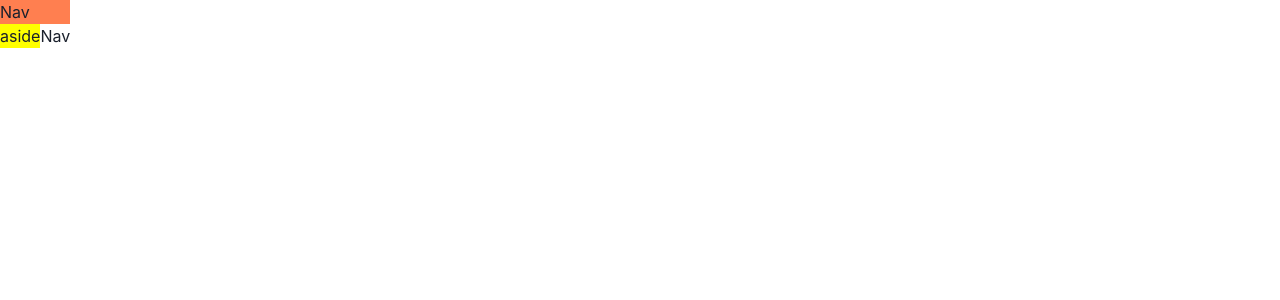
Repository: heyCaroline/game-hub
Page: /
The author's editor kept a copy of each file at every save. The page is drawn from the files as they stood at one save, then again after the next save.
The browser window is 1280 px wide. The pictures show the whole page.
The project was rebuilt for these pictures with package versions that can differ from the ones it lists, and the page was loaded fresh each time. Also part of the build but not shown: vite.config.ts.

Above is the page before, as saved 2025-05-16 17:07:42.

### src/main.tsx
import { StrictMode } from "react";
import { createRoot } from "react-dom/client";
import "./index.css";
import { ChakraProvider } from "@chakra-ui/react";
import App from "./App.tsx";

createRoot(document.getElementById("root")!).render(
  <StrictMode>
    <ChakraProvider>
      <App />
    </ChakraProvider>
  </StrictMode>
);

### src/App.tsx
import { Grid, GridItem, Show } from "@chakra-ui/react";

function App() {
  return (
    <>
      <Grid
        templateAreas={{
          base: `"nav" "main"`,
          lg: `"nav nav" "aside main"`,
        }}
      >
        <GridItem area="nav" bg="coral">
          Nav
        </GridItem>
        <Show above="lg">
          <GridItem area="aside" bg="yellow">
            aside
          </GridItem>{" "}
        </Show>
        <GridItem area="main" bg="main">
          Nav
        </GridItem>
      </Grid>
    </>
  );
}

export default App;

Loaded but not shown: index.html (common file); src/index.css (common file)

After the next save:
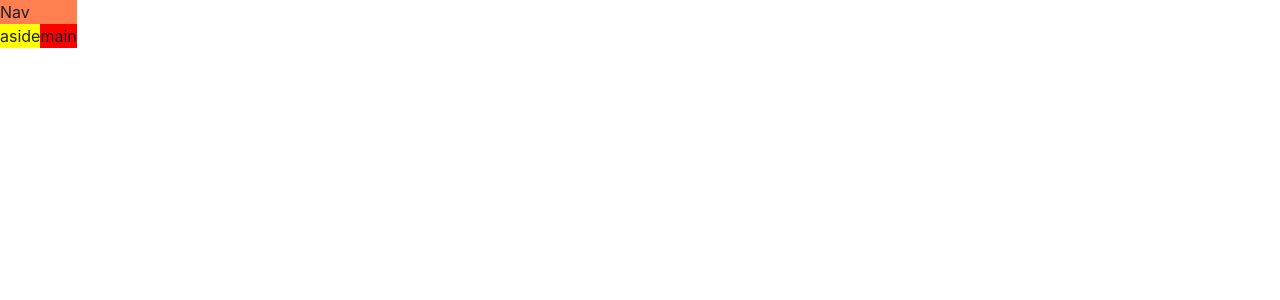
Saved 5 s later.
--- a/src/App.tsx
+++ b/src/App.tsx
@@ -17,8 +17,8 @@ function App() {
             aside
           </GridItem>{" "}
         </Show>
-        <GridItem area="main" bg="main">
-          Nav
+        <GridItem area="main" bg="red">
+          main
         </GridItem>
       </Grid>
     </>
